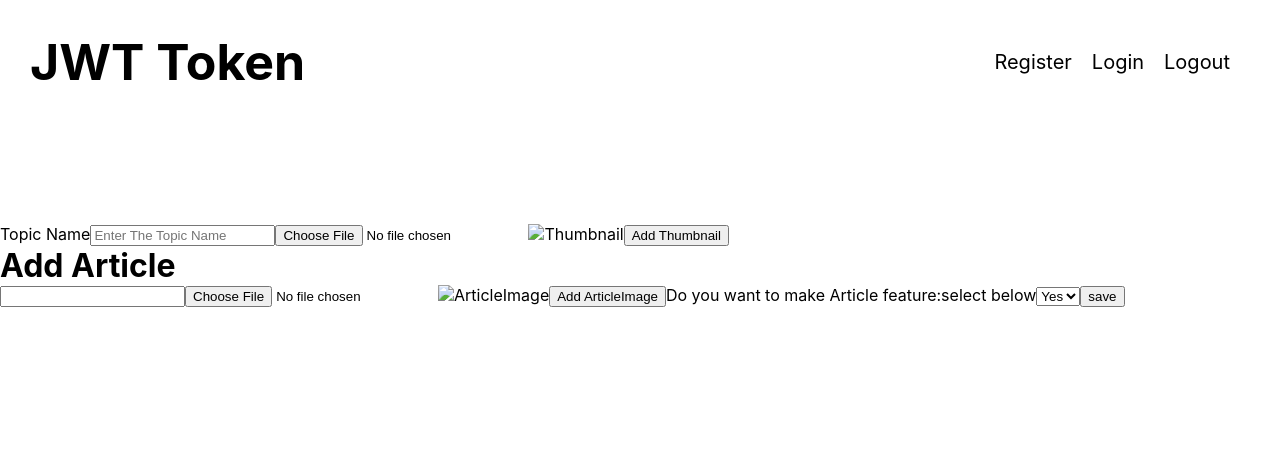
Repository: Prafullkuma/jwttoken
Page: /admin
An editor plug-in stored every save of this project. The page is shown before and after the next save, followed by the edit.
The browser window is 1280 px wide. The pictures show the whole page.
The project was rebuilt for these pictures with package versions that can differ from the ones it lists, and the page was loaded fresh each time. Also part of the build but not shown: src/App.css, src/component/Auth/Signup.js, src/component/Auth/Signin.js, src/component/User/User.js, src/component/Home/Home.js, src/component/Auth/Logout.js.

Above is the page before, as saved 2020-08-22 21:41:38.

After the next save:
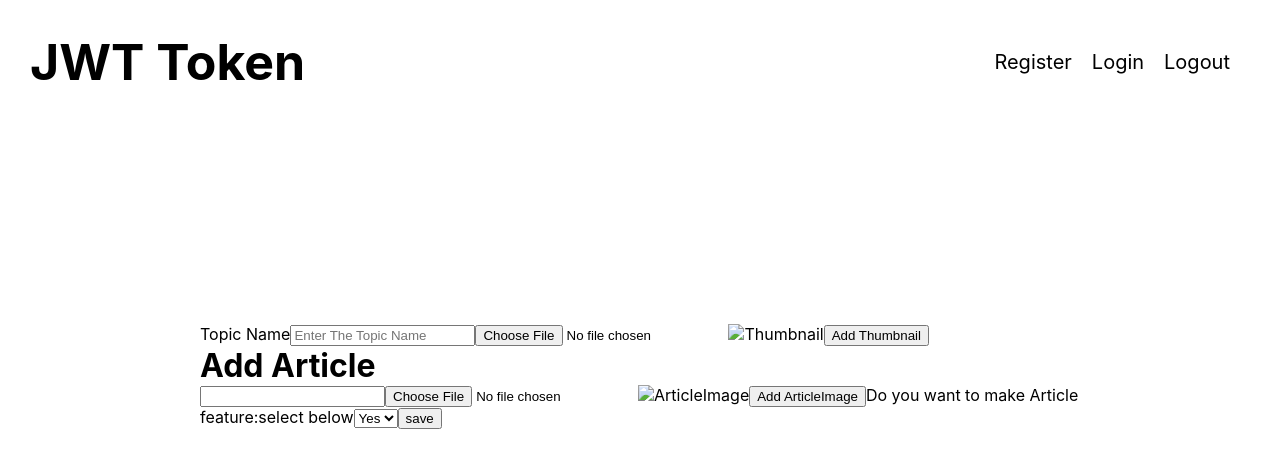
Saved 7 s later.
--- a/src/component/Admin/Dashboard.css
+++ b/src/component/Admin/Dashboard.css
@@ -2,5 +2,5 @@
     margin-top: 100px;
     display: flex;
     flex-direction: column;
-    margin-left: 200px 200px;
+    margin: 200px 200px;
 }
